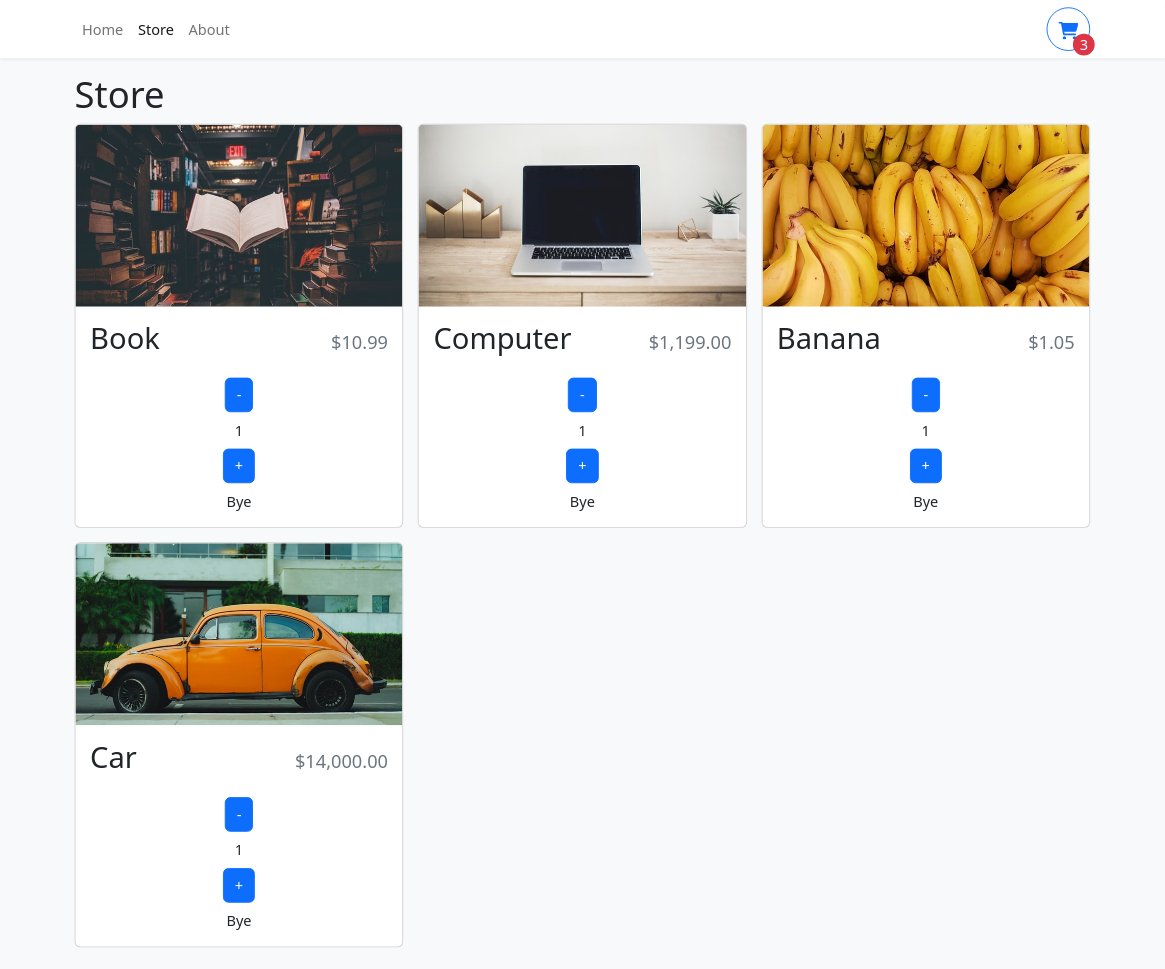
Repository: MoNasr2022/shopping-cart
Page: /store
An editor plug-in stored every save of this project. The page is shown before and after a run of saves, followed by the edit.
The browser window is 1280 px wide. The pictures show the whole page, at 91% of full size.
The project was rebuilt for these pictures with package versions that can differ from the ones it lists, and the page was loaded fresh each time. Also part of the build but not shown: vite.config.ts, src/pages/Home.tsx, src/pages/About.tsx.

Above is the page before, as saved 2023-04-17 22:58:13.

After the next 4 saves:
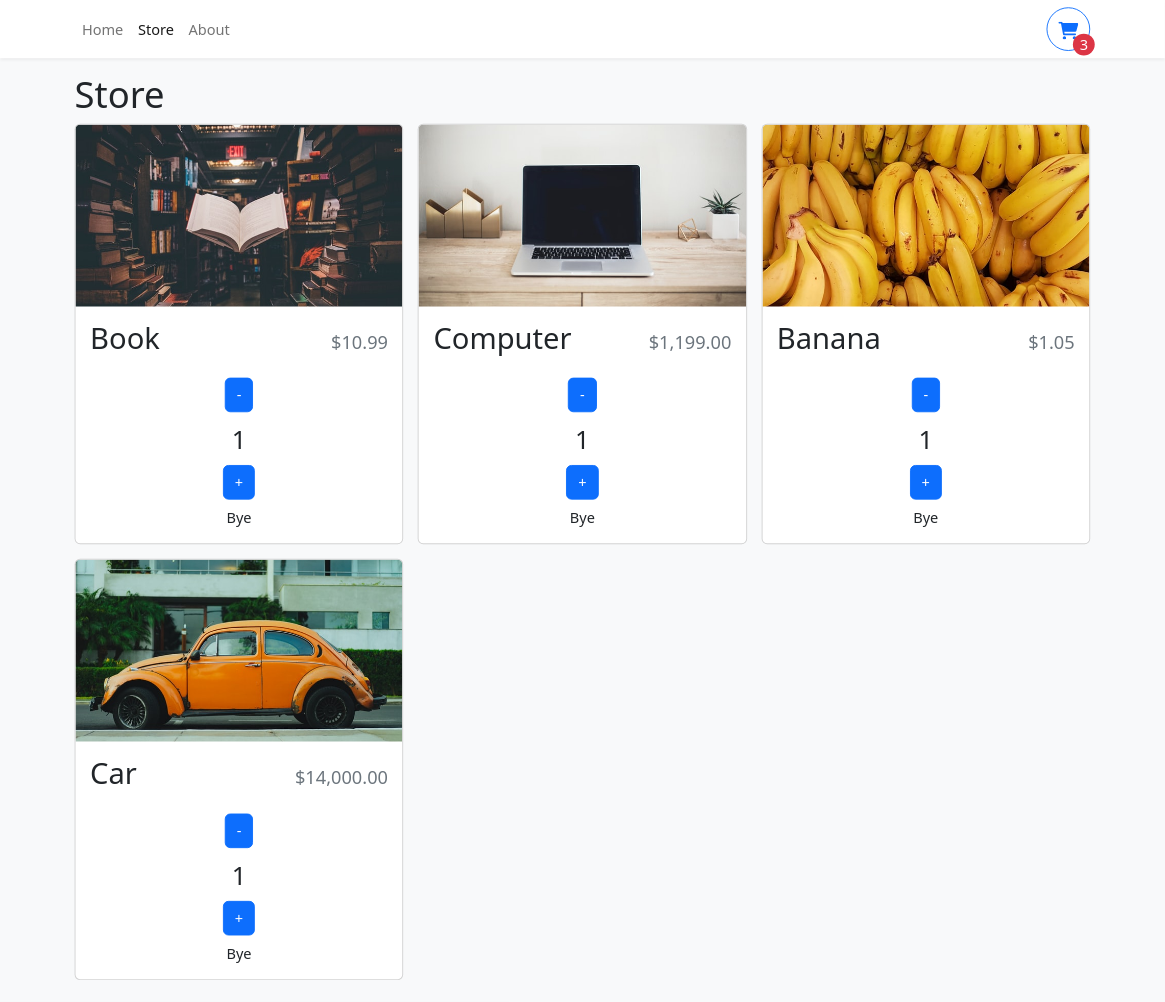
The 4 saves are shown as one change because they came seconds apart.
The last was saved 13 s later.
--- a/src/components/StoreItems.tsx
+++ b/src/components/StoreItems.tsx
@@ -32,7 +32,7 @@ function StoreItems({ id, name, price, imgUrl }: StoreItemsProps) {
               style={{ gap: ".5rem" }}
               >
                 <Button>-</Button>
-                <span >{quantity}</span>
+                <span className="fs-3">{quantity}</span>
                 <Button>+</Button>
               <div
                 className="d-flex justify-content-center align-items-center"
